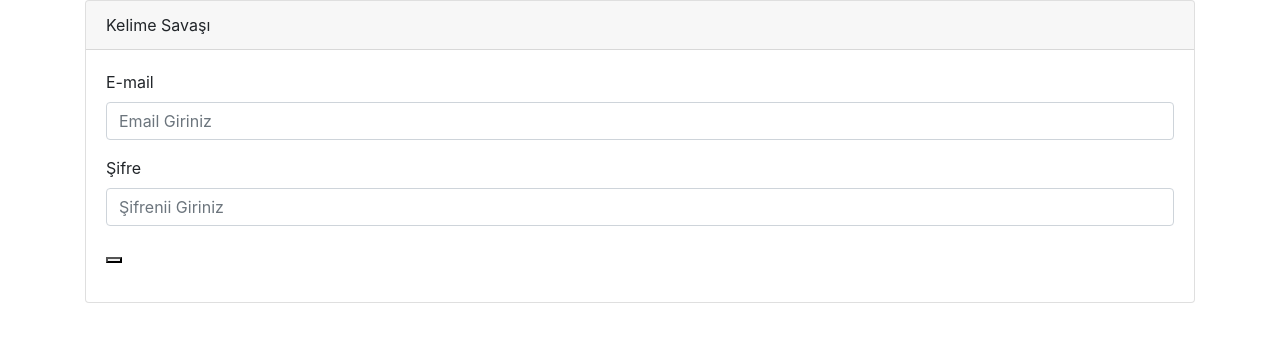
Repository: triapost/kelimeapp
Page: /login
The author's editor kept a copy of each file at every save. The page is drawn from the files as they stood at one save, then again after the next save.
The browser window is 1280 px wide. The pictures show the whole page.
The project was rebuilt for these pictures with package versions that can differ from the ones it lists, and the page was loaded fresh each time. Also part of the build but not shown: src/pages/auth/Register.js, src/pages/home/Home.js.

Above is the page before, as saved 2020-09-15 22:27:09.

### public/index.html
<!DOCTYPE html>
<html lang="en">
  <head>
    <meta charset="utf-8" />
    <link rel="icon" href="%PUBLIC_URL%/favicon.ico" />
    <meta name="viewport" content="width=device-width, initial-scale=1" />
    <meta name="theme-color" content="#000000" />
    <meta
      name="description"
      content="Web site created using create-react-app"
    />
    <link rel="apple-touch-icon" href="%PUBLIC_URL%/logo192.png" />
    <!--
      manifest.json provides metadata used when your web app is installed on a
      user's mobile device or desktop. See https://developers.google.com/web/fundamentals/web-app-manifest/
    -->
    <link rel="manifest" href="%PUBLIC_URL%/manifest.json" />
    <link
      rel="stylesheet"
      href="https://stackpath.bootstrapcdn.com/bootstrap/4.5.2/css/bootstrap.min.css"
      integrity="sha384-JcKb8q3iqJ61gNV9KGb8thSsNjpSL0n8PARn9HuZOnIxN0hoP+VmmDGMN5t9UJ0Z"
      crossorigin="anonymous"
    />
    <!--
      Notice the use of %PUBLIC_URL% in the tags above.
      It will be replaced with the URL of the `public` folder during the build.
      Only files inside the `public` folder can be referenced from the HTML.

      Unlike "/favicon.ico" or "favicon.ico", "%PUBLIC_URL%/favicon.ico" will
      work correctly both with client-side routing and a non-root public URL.
      Learn how to configure a non-root public URL by running `npm run build`.
    -->
    <title>React App</title>
  </head>
  <body>
    <noscript>You need to enable JavaScript to run this app.</noscript>
    <div id="root"></div>
    <!--
      This HTML file is a template.
      If you open it directly in the browser, you will see an empty page.

      You can add webfonts, meta tags, or analytics to this file.
      The build step will place the bundled scripts into the <body> tag.

      To begin the development, run `npm start` or `yarn start`.
      To create a production bundle, use `npm run build` or `yarn build`.
    -->
  </body>
</html>

### src/pages/index.js
export { default as Login } from "./auth/Login";
export { default as Register } from "./auth/Register";
export { default as Home } from "./home/Home";

### src/pages/auth/Login.js
import React, { useState } from "react";

const Login = () => {
  return (
    <div className="container">
      <div className="card">
        <div className="card-header">Kelime Savaşı</div>
        <div className="card-body">
          <form>
            <div className="form-group">
              <label htmlFor="">E-mail</label>
              <input
                type="email"
                className="form-control"
                placeholder="Email Giriniz"
                name="email"
                required
              />
            </div>
            <div className="form-group">
              <label htmlFor="">Şifre</label>
              <input
                type="password"
                className="form-control"
                placeholder="Şifrenii Giriniz"
                name="password"
                required
              />
            </div>
            <div className="form-group">
              <button className="btn-btn" ></button>
            </div>
          </form>
        </div>
      </div>
    </div>
  );
};

export default Login;

Loaded but not shown: src/index.js (common file); src/App.js (common file)

After the next save:
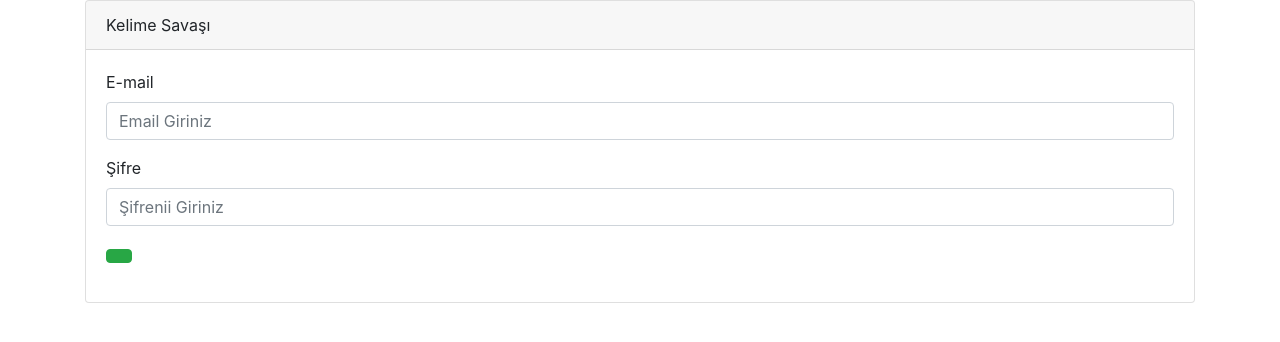
Saved 10 s later.
--- a/src/pages/auth/Login.js
+++ b/src/pages/auth/Login.js
@@ -28,7 +28,7 @@ const Login = () => {
               />
             </div>
             <div className="form-group">
-              <button className="btn-btn" ></button>
+              <button className="btn btn-success" ></button>
             </div>
           </form>
         </div>
